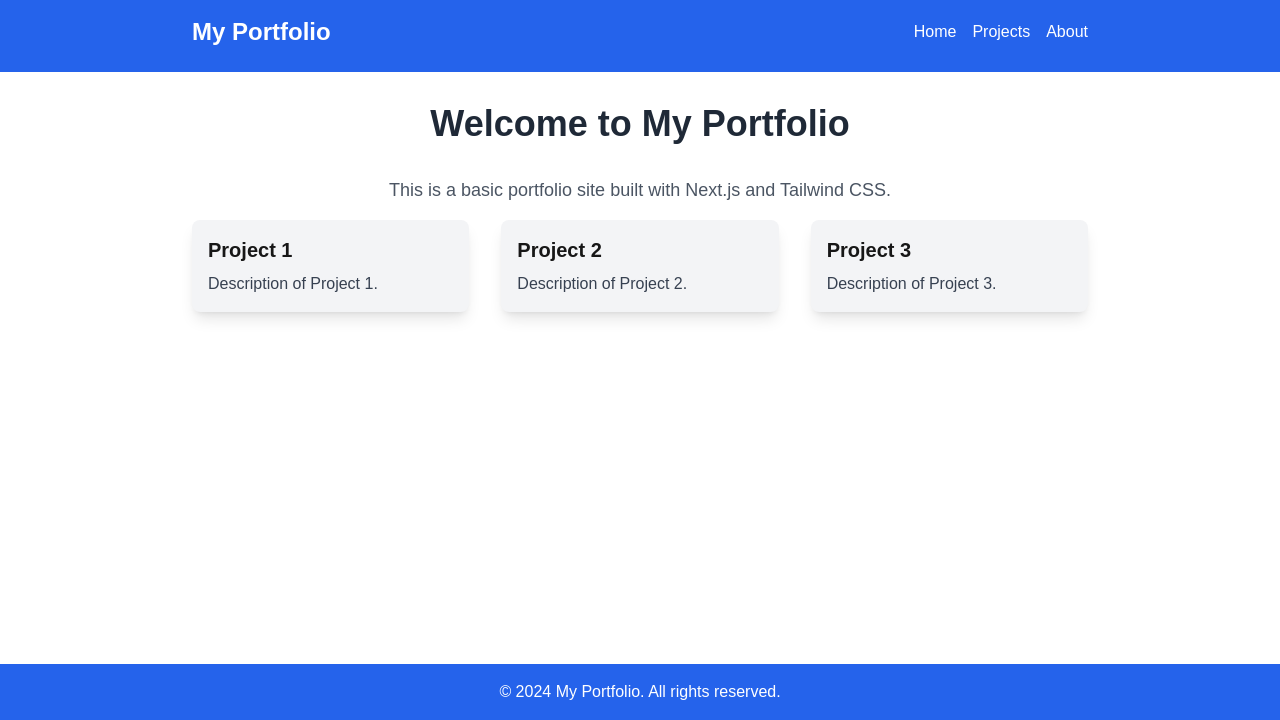
Repository: Coralee-Long/daily-bytes
Page: /
An editor plug-in stored every save of this project. The page is shown before and after the next save, followed by the edit.
The browser window is 1280 px wide. The pictures show the whole page.
The project was rebuilt for these pictures with package versions that can differ from the ones it lists, and the page was loaded fresh each time. The framework's server and built-in components were replaced by stand-ins that run in the browser. Also part of the build but not shown: next.config.mjs.

Above is the page before, as saved 2024-09-11 20:52:17.

After the next save:
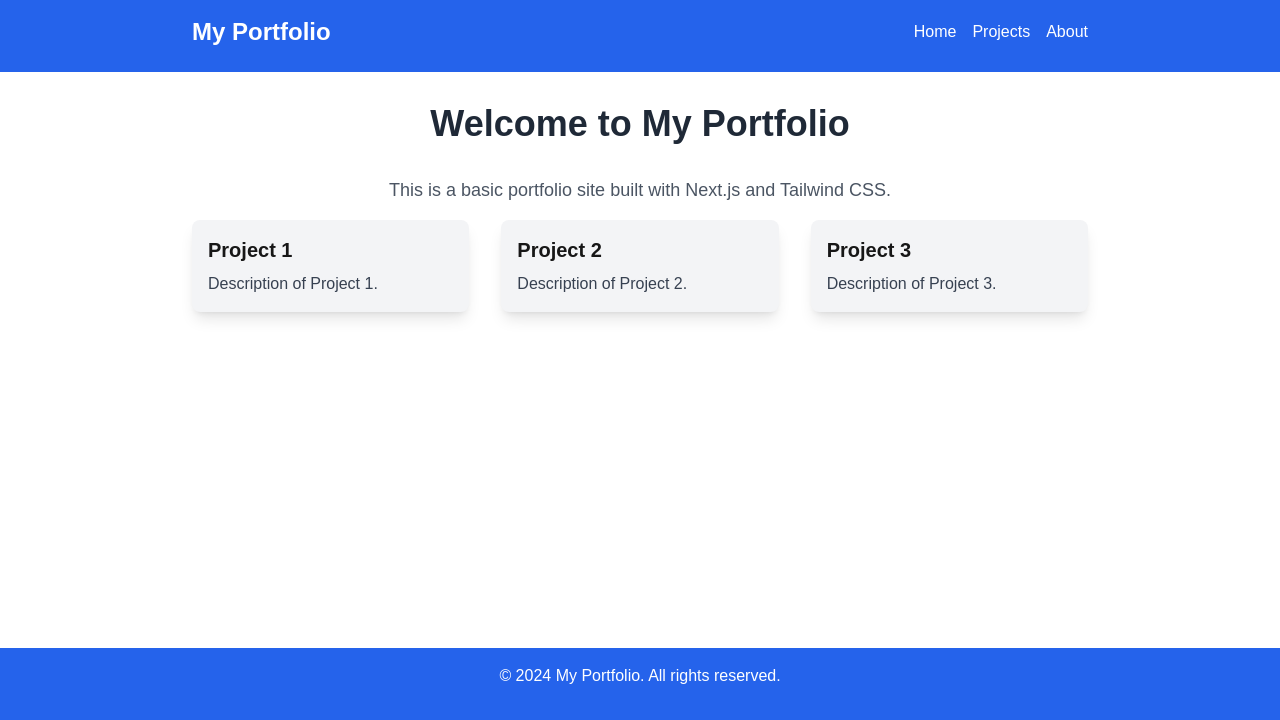
Saved 32 s later.
--- a/components/Footer.tsx
+++ b/components/Footer.tsx
@@ -2,7 +2,7 @@ import React from 'react';
 
 const Footer: React.FC = () => {
   return (
-    <footer className="bg-blue-600 text-white p-4 mt-10">
+    <footer className="bg-blue-600 text-white p-4 h-[10vh] mt-auto">
       <div className="text-center">
         <p>&copy; 2024 My Portfolio. All rights reserved.</p>
       </div>
